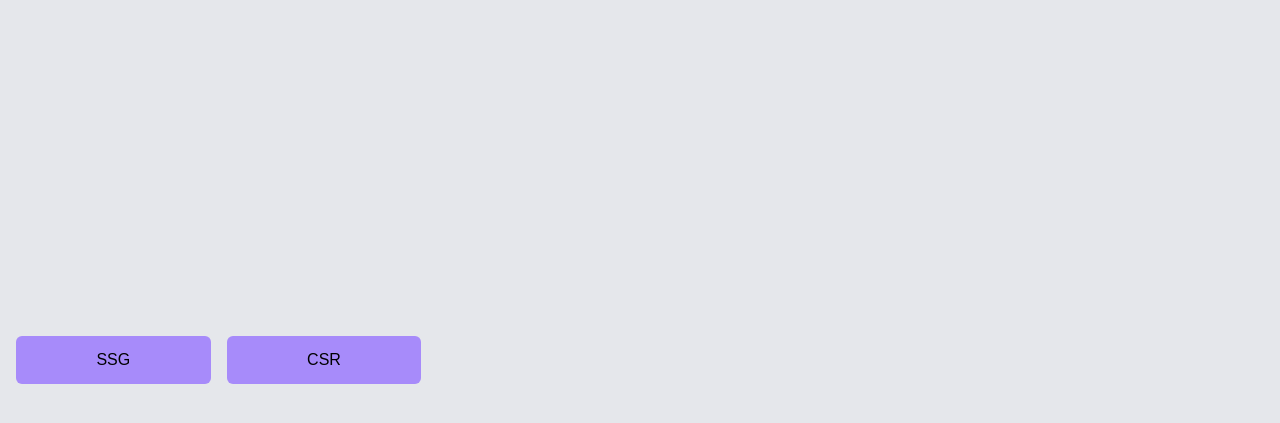
Repository: Marcus20119/Study_nextjs
Page: /
These files come from the project's save history. The page is drawn as it stood at one moment and after the next save; the edit follows.
The browser window is 1280 px wide. The pictures show the whole page.
The project was rebuilt for these pictures with package versions that can differ from the ones it lists, and the page was loaded fresh each time. The framework's server and built-in components were replaced by stand-ins that run in the browser. Also part of the build but not shown: next.config.js.

Above is the page before, as saved 2023-04-06 11:43:09.

After the next save:
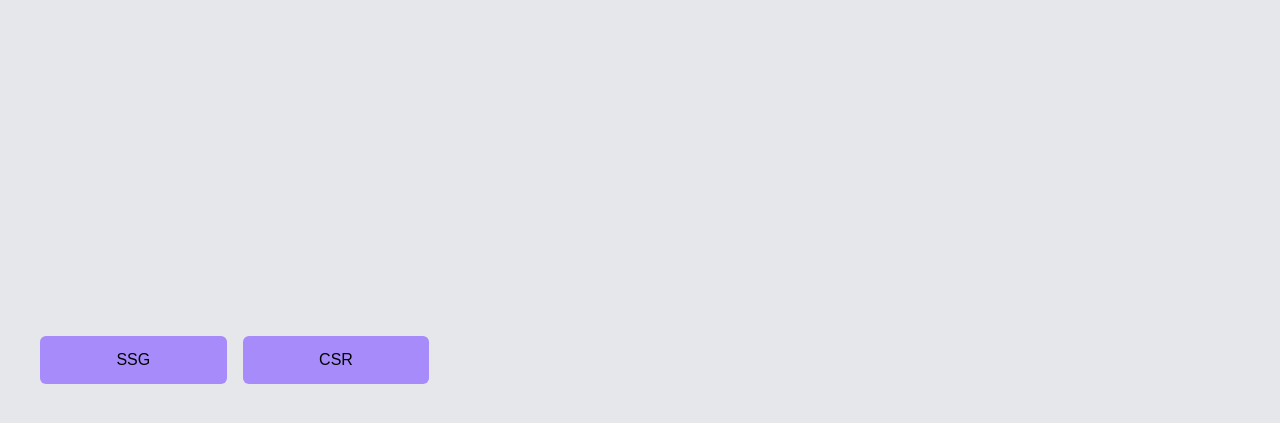
Saved 4 s later.
--- a/pages/index.tsx
+++ b/pages/index.tsx
@@ -24,7 +24,7 @@ export default function Home() {
   return (
     <>
       <div
-        className="w-full flex justify-center items-center p-4"
+        className="w-full flex justify-center items-center p-10"
         style={{
           height: '100vh',
           maxHeight: '-webkit-fill-available',
